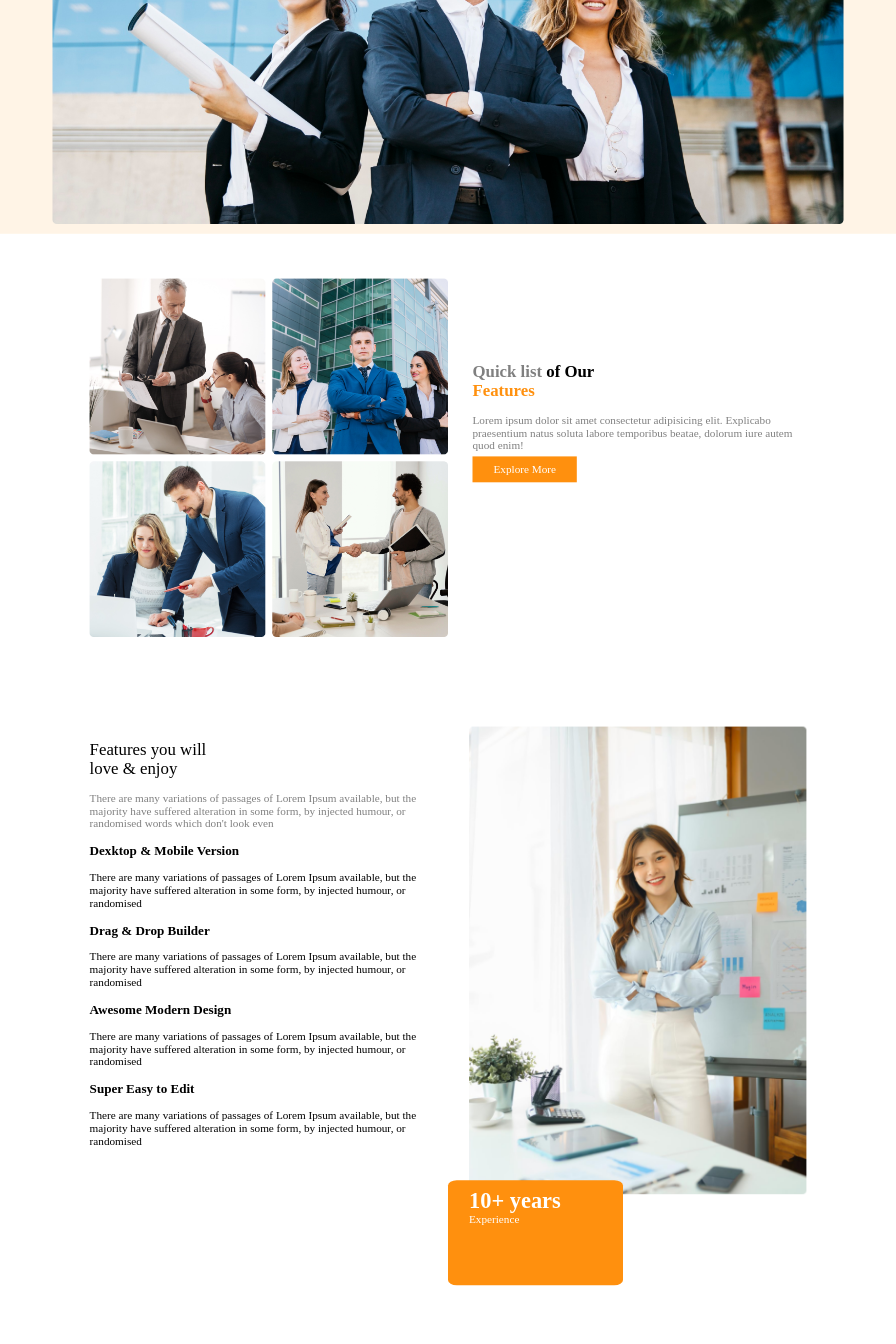
Repository: sadiaafsana138/Architect
Page: index.html
An editor plug-in stored every save of this project. The page is shown before and after the next save, followed by the edit.
The browser window is 1280 px wide. The pictures show the part of the page from y = 680 to 2600 px (the page is 2600 px tall), at 70% of full size.

Above is the page before, as saved 2023-01-16 17:04:21.

After the next save:
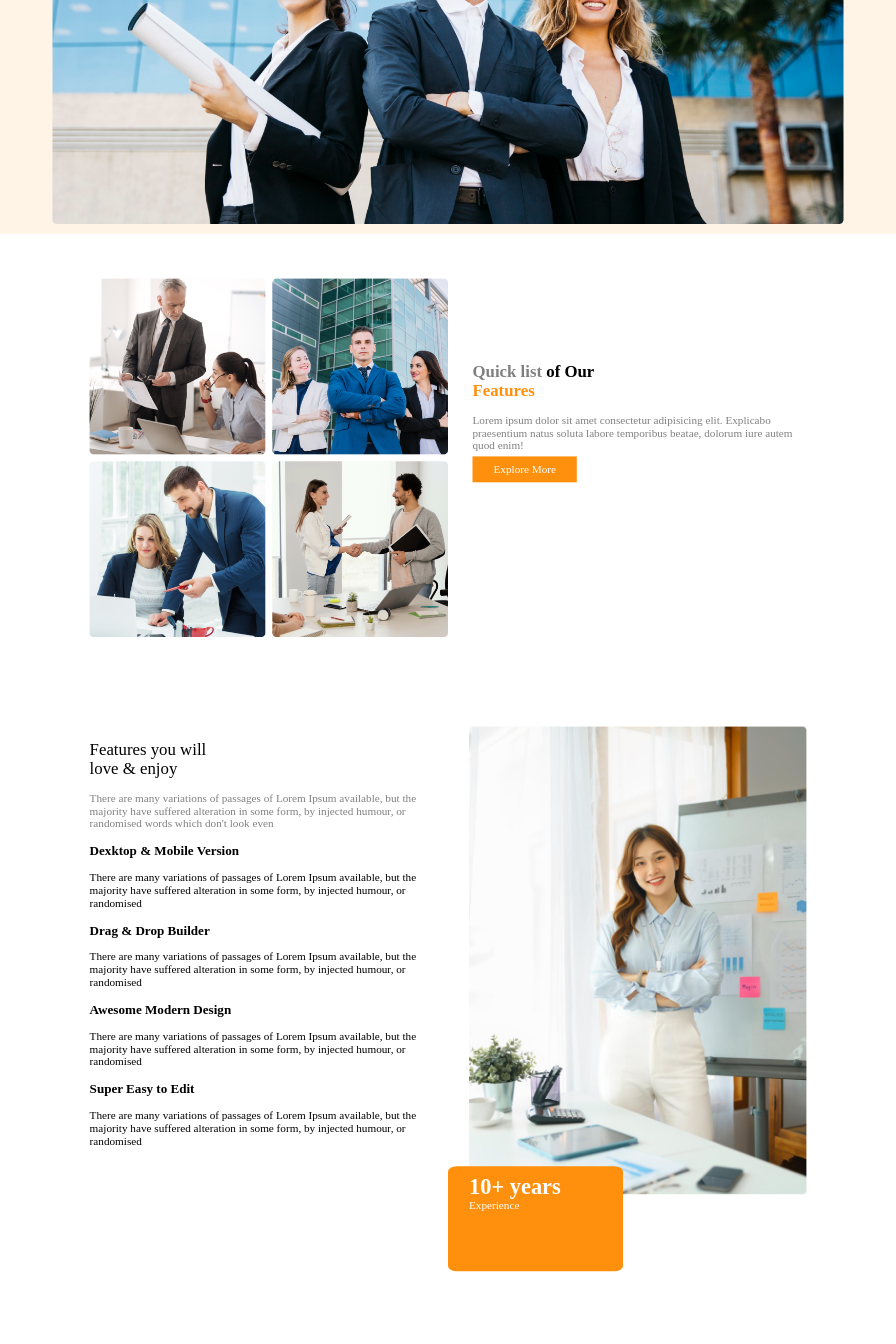
Saved 6 s later.
--- a/style.css
+++ b/style.css
@@ -55,7 +55,7 @@
   width:250px;
   border-radius: 5%;
   position:relative;
-  top: -20px;
+  top: -40px;
 
 }
 
